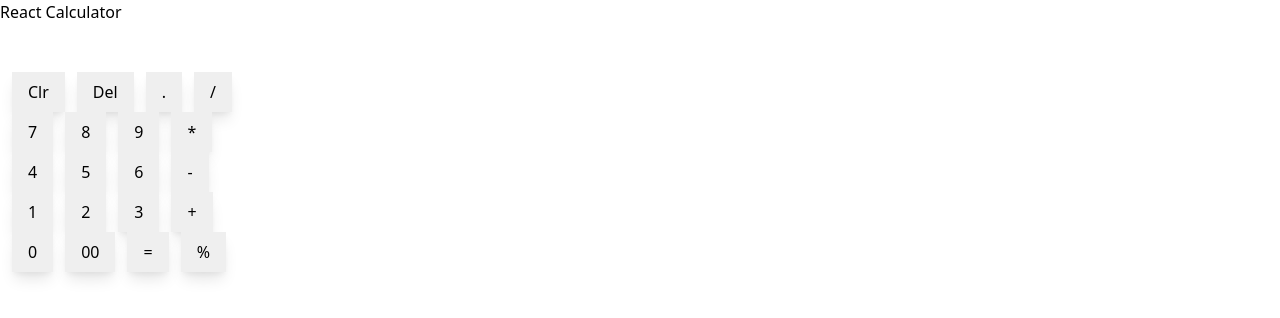
Repository: latenightsnacc/React-Calculator
Page: / (app in docs/react-calculator/)
The author's editor kept a copy of each file at every save. The page is drawn from the files as they stood at one save, then again after a run of saves.
The browser window is 1280 px wide. The pictures show the whole page.
The project was rebuilt for these pictures with package versions that can differ from the ones it lists, and the page was loaded fresh each time. Also part of the build but not shown: docs/react-calculator/craco.config.js.

Above is the page before, as saved 2021-11-11 15:41:31.

### docs/react-calculator/src/components/Calculator.js
import React, { Component } from 'react'
import CalculatorTitle from './CalculatorTitle'
import CalculatorScreen from './CalculatorScreen'
import Button from './Button'

class Calculator extends Component {
    render() {
        return (
            <div className="frame">
                <CalculatorTitle value="React Calculator" />
                <div className="calculator-body">
                    <CalculatorScreen />
                    <div className="button-row">
                        <Button label={'Clr'} />
                        <Button label={'Del'} />
                        <Button label={'.'}/>
                        <Button label={'/'}/>
                    </div>
                    <div className="button-row">
                        <Button label={'7'}/>
                        <Button label={'8'}/>
                        <Button label={'9'}/>
                        <Button label={'*'}/>
                    </div>
                    <div className="button-row">
                        <Button label={'4'}/>
                        <Button label={'5'}/>
                        <Button label={'6'}/>
                        <Button label={'-'}/>
                    </div>
                    <div className="button-row">
                        <Button label={'1'}/>
                        <Button label={'2'}/>
                        <Button label={'3'}/>
                        <Button label={'+'}/>
                    </div>
                    <div className="button-row">
                        <Button label={'0'}/>
                        <Button label={'00'}/>
                        <Button label={'='}/>
                        <Button label={'%'}/>
                    </div>

                </div>
            </div>
        )
    }
}

export default Calculator

### docs/react-calculator/src/components/CalculatorTitle.js
import React from 'react'

function CalculatorTitle(props) {
    return (
        <div className='calculator-title'>
            {props.value}
        </div>
    )
}

export default CalculatorTitle

### docs/react-calculator/src/components/CalculatorScreen.js
import React from 'react'
import CalculatorOutputRow from './CalculatorOutputRow'

const CalculatorScreen = () => {
    return (
        <div className="screen">
            <CalculatorOutputRow/>
            <CalculatorOutputRow/>
        </div>
    )
}

export default CalculatorScreen;

### docs/react-calculator/src/components/Button.js
import React from 'react'

const Button = (props) => {
    return(
        <input className="shadow-lg ml-3 py-2 px-4"
            type="button"
            value={props.label}
        />
    )
}

export default Button;

### docs/react-calculator/src/components/CalculatorOutputRow.js
import React from 'react';

const CalculatorOutputRow = () => {
    return(
        <div className="screen-row">
            <input type="text" readOnly />
        </div>
    )
}

export default CalculatorOutputRow

Loaded but not shown: docs/react-calculator/public/index.html (common file); docs/react-calculator/src/index.js (common file); docs/react-calculator/src/index.css (common file); docs/react-calculator/src/App.js (common file); docs/react-calculator/src/reportWebVitals.js (common file); docs/react-calculator/tailwind.config.js (common file)

After the next 2 saves:
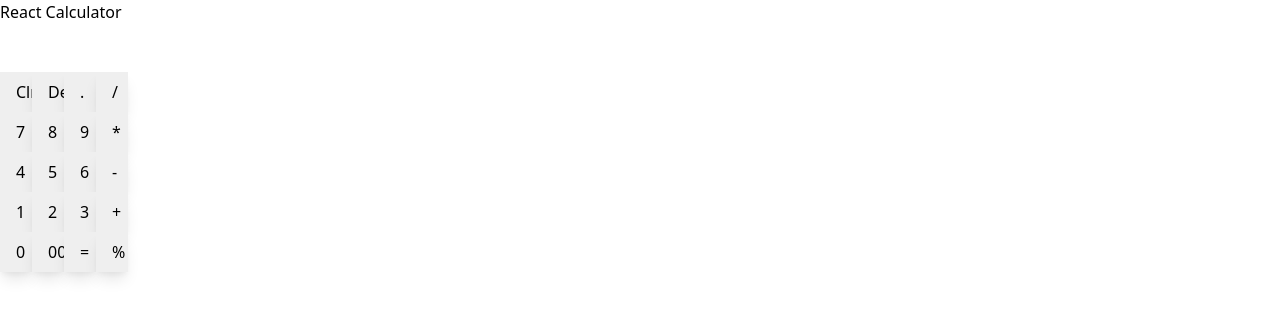
The 2 saves are shown as one change because they came seconds apart.
The last was saved 10 s later.
--- a/docs/react-calculator/src/components/Button.js
+++ b/docs/react-calculator/src/components/Button.js
@@ -2,7 +2,7 @@ import React from 'react'
 
 const Button = (props) => {
     return(
-        <input className="shadow-lg ml-3 py-2 px-4"
+        <input className="shadow-lg w-8 py-2 px-4"
             type="button"
             value={props.label}
         />
